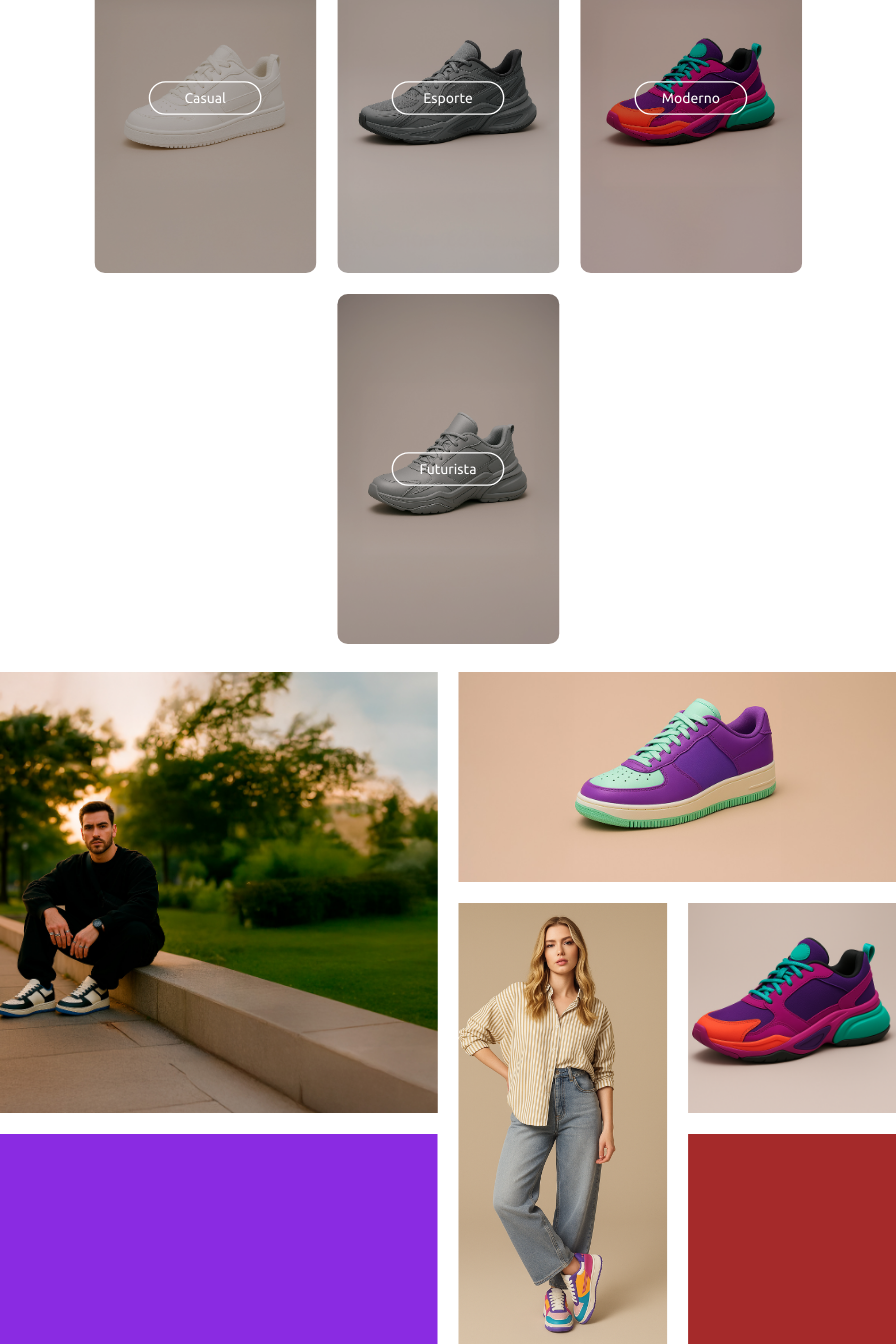
Repository: caique2512/ecommerce-syntaxwear
Page: index.html
An editor plug-in stored every save of this project. The page is shown before and after a run of saves, followed by the edit.
The browser window is 1280 px wide. The pictures show the part of the page from y = 690 to 2610 px (the page is 2610 px tall), at 70% of full size.

Above is the page before, as saved 2026-02-20 18:43:37.

### index.html
<!doctype html>
<html lang="pt-BR">
  <head>
    <meta charset="UTF-8" />
    <meta name="viewport" content="width=device-width, initial-scale=1.0" />
    <meta name="description" content="SyntaxWear - Loja de tênis online" />
    <title>SyntaxWear - Tênis e Sneakers Online</title>
    <meta
      name="description"
      content="Compre os melhores tênis e sneakers online na SyntaxWear. Encontre modelos exclusivos, ofertas imperdíveis e frete grátis para todo o Brasil."
    />

    <link rel="stylesheet" href="./css/base/reset.css" />
    <link rel="stylesheet" href="./css/base/style.css" />
    <link rel="stylesheet" href="./css/base/variables.css" />

    <link rel="stylesheet" href="./css/components/header.css" />
    <link rel="stylesheet" href="./css/components/hero.css" />
    <link rel="stylesheet" href="./css/components/product-category.css" />
    <link rel="stylesheet" href="./css/components/product-grid.css" />
  </head>
  <body>
    <!-- Header com Logo e Navegação -->
    <header class="header">
      <h1 class="logo">
        <a href="/" title="SyntaxWear - Tênis e Sneakers Online">
          <img
            src="./images/logo/logo.svg"
            alt="SyntaxWear - Tênis e Sneakers Online"
          />
        </a>
      </h1>
      <nav class="nav-center" aria-label="Categorias Principais">
        <ul>
          <li><a href="#">Masculino</a></li>
          <li><a href="#">Feminino</a></li>
          <li><a href="#">Outlet</a></li>
        </ul>
      </nav>

      <nav class="nav-right" aria-label="Menu Secundário">
        <ul>
          <li><a href="#">Nossas lojas</a></li>
          <li><a href="#">Sobre</a></li>
          <li>
            <a href="#" aria-label="Minha conta">
              <img src="./images/icons/user.svg" alt="Minha conta" />
            </a>
          </li>
          <li>
            <a href="#" aria-label="Ajuda">
              <img src="./images/icons/help.svg" alt="Ajuda" />
            </a>
          </li>
          <li>
            <a href="#" aria-label="Carrinho">
              <img src="./images/icons/bag.svg" alt="Carrinho" />
            </a>
          </li>
        </ul>
      </nav>
    </header>
    <main>
      <section class="hero">
        <div class="hero-overlay">
          <div class="hero-content">
            <span class="hero-subtitle">Krypton One</span>
            <h2 class="hero-title">Tranforme qualquer passo em preseça.</h2>
            <div class="hero-buttons">
              <a class="btn btn-outiline" href="#">Ver modelos</a>
              <a class="btn btn-filled" href="#">Comprar</a>
            </div>
          </div>
        </div>
      </section>
      <!-- Seção de Categorias de Tênis -->
      <section class="categories-section">
        <div class="category-card casual">
          <a class="category-link" href="#">
            <span class="overlay"></span>
            <span class="category-name btn btn-outiline">Casual</span>
          </a>
        </div>
        <div class="category-card esporte">
          <a class="category-link" href="#">
            <span class="overlay"></span>
            <span class="category-name btn btn-outiline">Esporte</span>
          </a>
        </div>
        <div class="category-card moderno">
          <a class="category-link" href="#">
            <span class="overlay"></span>
            <span class="category-name btn btn-outiline">Moderno</span>
          </a>
        </div>
        <div class="category-card futurista">
          <a class="category-link" href="#">
            <span class="overlay"></span>
            <span class="category-name btn btn-outiline">Futurista</span>
          </a>
        </div>
      </section>
      <!-- Seção de Produtos em Destaque -->
      <section class="grid-section">
        <div class="card top1">
          <div class="top1-content">
            <h3 class="card-subtitle">Krypton One</h3>
            <p class="card-subtitle">Estilos Urbano com atitude</p>
            <div class="cta-group">
              <a href="#" class="btn btn-outiline">Feminino</a>
              <a href="#" class="btn btn-outiline">Masculino</a>
            </div>
          </div>
        </div>
        <div class="card top1"></div>
        <div class="card top2"></div>
        <div class="card midL"></div>
        <div class="card midR"></div>
        <div class="card bottomL"></div>
        <div class="card bottomR"></div>
      </section>
    </main>

    <!-- Footer -->
    <footer class="footer"></footer>

    <script src="js/main.js"></script>
  </body>
</html>

### css/base/reset.css
/* Reset baseado em Andy Bell - Modern CSS Reset */

/* Remove default margins e paddings */
*,
*::before,
*::after {
    margin: 0;
    padding: 0;
    box-sizing: border-box;
}

/* Remove default list styles */
ul[role="list"],
ol[role="list"] {
    list-style: none;
}

/* Body defaults */
body {
    min-height: 100vh;
    text-rendering: optimizeSpeed;
    line-height: 1.5;
}

/* Make images easier to work with */
img,
picture {
    max-width: 100%;
    display: block;
}

/* Inherit fonts for inputs and buttons */
input,
button,
textarea,
select {
    font: inherit;
}

/* Remove animations for people that prefer not to see them */
@media (prefers-reduced-motion: reduce) {
    *,
    *::before,
    *::after {
        animation-duration: 0.01ms !important;
        animation-iteration-count: 1 !important;
        transition-duration: 0.01ms !important;
        scroll-behavior: auto !important;
    }
}

/* A elements that don't have a class get default styles */
a:not([class]) {
    text-decoration-skip-ink: auto;
}

a {
    text-decoration: none;
}

ul,ol{
    list-style: none;
}
/* Remove all animations, transitions and smooth scroll for people that prefer not to see them */
@media (prefers-reduced-motion: reduce) {
    html:focus-within {
        scroll-behavior: auto;
    }

    *,
    *::before,
    *::after {
        animation-duration: 0.01ms !important;
        animation-iteration-count: 1 !important;
        transition-duration: 0.01ms !important;
    }
}

### css/base/style.css
body {
    font-family: var(--fonte-principal);
    color: #333333;
}

main {
    padding: 2.5rem 0 0;
    max-width: 1360px;
    margin: 0 auto;
}

.btn {
    font-size: 1.25rem;
    width: 161px;
    height: 48px;
    border-radius: 25px;
    text-decoration: none;
    color: white;
    font-weight: 400;
    padding: 10px 20px;
    transition: background-color 0.3s, border 0.3s;
}

.btn-outiline {
    background: transparent;
    border: 2px solid white;
    line-height: 23px;
}

.btn-filled {
    background-color: white;
    color: #6329A2;
}

.btn:hover {
    background-color: #6329A2;
    color: white;
    border: #6329A2;
}

### css/base/variables.css
@import url('https://fonts.googleapis.com/css2?family=Ubuntu:ital,wght@0,300;0,400;0,500;0,700;1,300;1,400;1,500;1,700&display=swap');

:root {
    --fonte-principal: 'Ubuntu', sans-serif;
}

### css/components/header.css
.header {
    position: fixed;
    top: 60px;
    left: 50%;
    transform: translate(-50%);
    width: calc(100% - 210px);
    border-radius: 15px;
    z-index: 999;
    display: flex;
    justify-content: space-between;
    align-items: center;
    padding: 0.255rem 1.25rem;
    background-color: white;
}

.logo img {
    height: 48px;
}

.nav-center ul {
    display: flex;
    gap: 2.5rem;
}

.nav-center a, .nav-right a {
    font-size: 1.25rem;
    color: #333333;
}

.nav-center a:hover, .nav-right a:hover {
    color: #7c3aed;
}

.nav-right ul {
    display: flex;
    gap: 2.5rem;
    align-items: center;
}

.nav-right img {
    height: 20px;
}

.nav-right a:hover img {
    opacity: 0.7;
}

### css/components/hero.css
.hero {
    background: url(../../images/banners/hero.jpg) no-repeat center;
    background-size: cover;
    height: 500px;
    position: relative;
    border-radius: 20px;
}

.hero-overlay {
    width: 100%;
    height: 100%;
    display: flex;
    align-items: center;
    justify-content: flex-end;
    padding: 0 6rem;
}

.hero-content {
    color: white;
    max-width: 355px;
    text-align: center;
}

.hero-buttons {
    display: flex;
    gap: 16px;
}

.hero-content .hero-title {
    font-size: 1.87rem;
    margin-bottom: 40px;
    font-weight: 400;
    line-height: 36px;
    letter-spacing: 3px;
}

.hero-content .hero-subtitle {
    font-size: 1.25rem;
    font-weight: 400;
}

### css/components/product-category.css
.categories-section {
    padding: 40px 0px 40px 0px;
    display: flex;
    flex-wrap: wrap;
    justify-content: center;
    gap: 30px;
}

.category-card {
    position: relative;
    width: 317px;
    height: 500px;
    border-radius: 15px;
    overflow: hidden;
}

.overlay {
    position: absolute;
    inset: 0;
    background-color: rgba(0, 0, 0, 0.25);
    z-index: 1;
}

.category-name {
    position: absolute;
    left: 50%;
    top: 50%;
    transform: translate(-50%, -50%);
    z-index: 2;
    font-size: 1.25rem;
    text-align: center;
}

.casual {
    background: url(../../images/products/tênis\ casual.jpg) no-repeat center;
    background-size: cover;
}

.esporte {
    background: url(../../images/products/twnia\ exportivo.jpg) no-repeat center;
    background-size: cover;
}

.moderno {
    background: url(../../images/products/tênis\ colorido.jpg) no-repeat center;
    background-size: cover;
}

.futurista {
    background: url(../../images/products/tênis\ futurista.jpg) no-repeat center;
    background-size: cover;
}

### css/components/product-grid.css
.top1 {
    grid-area: top1;
    background: url(../../images/products/modelo-homem.jpg) no-repeat center;
    background-size: cover;
}

.top2 {
    grid-area: top2;
    background: url(../../images/products/tênis-roxo-grid.jpg) no-repeat center;
    background-size: cover;
}

.midL {
    grid-area: midL;
    background: url(../../images/products/modelo\ feminino.jpg) no-repeat center;
    background-size: cover;
}

.midR {
    grid-area: midR;
    background: url(../../images/products/futurista-grid.jpg) no-repeat center;
    background-size: cover;
}

.bottomL {
    grid-area: bottomL;
    background-color: blueviolet;
}

.bottomR {
    grid-area: bottomR;
    background-color: brown;
}

.grid-section {
    display: grid;
    grid-template-columns: repeat(4, 1fr);
    grid-template-rows: repeat(3, 300px);
    grid-template-areas:
    "top1 top1 top2 top2"
    "top1 top1 midL midR"
    "bottomL bottomL midL bottomR";
    gap: 30px;
}

### js/main.js
/* ===================================
   MAIN.JS - Inicializações globais
   =================================== */

console.log('SyntaxWear - E-commerce carregado com sucesso');

// Suas inicializações globais aqui
// Exemplo: inicializar menu, carrinho, etc.

After the next 2 saves:
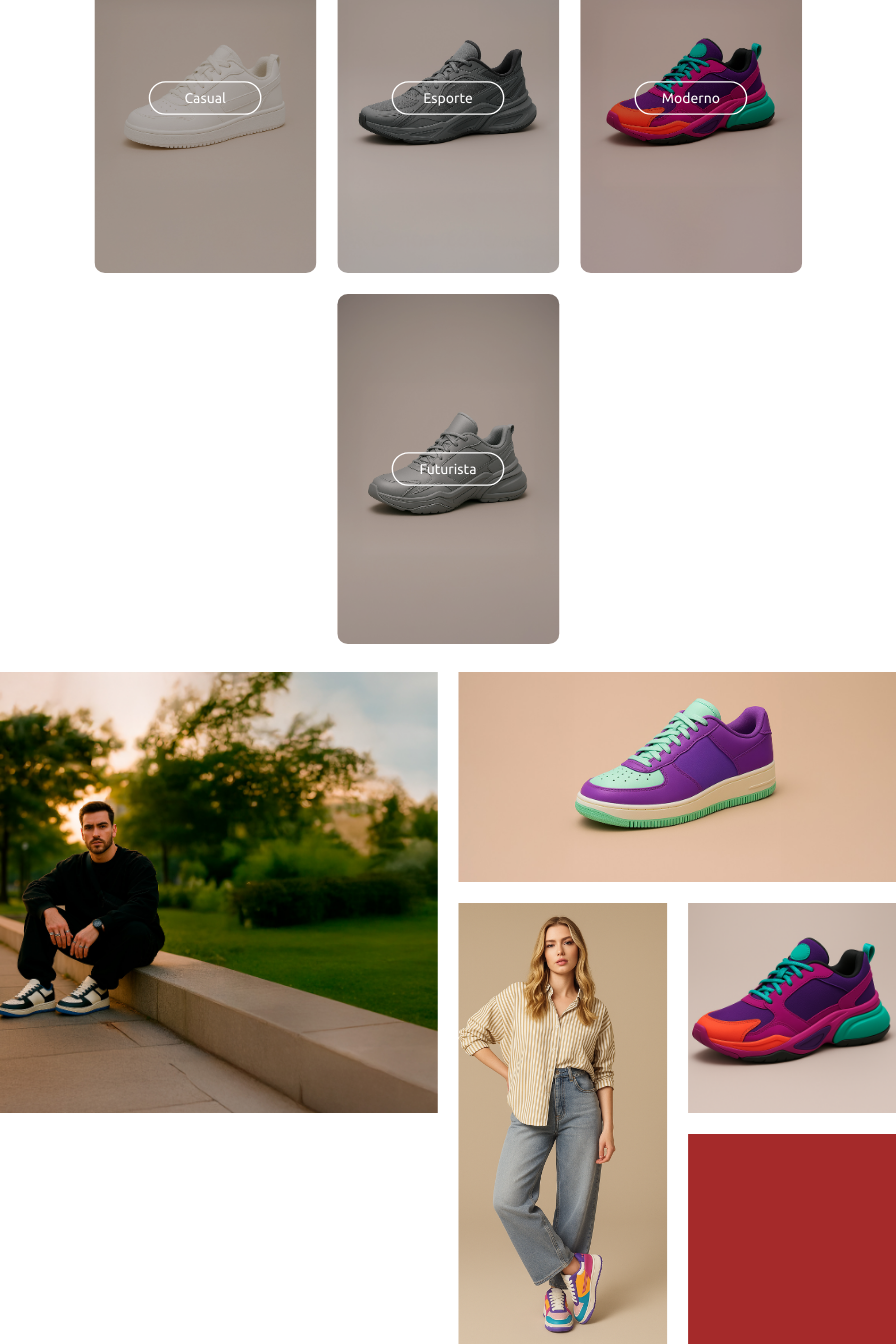
The 2 saves are shown as one change because they came seconds apart.
The last was saved 47 s later.
--- a/css/components/product-grid.css
+++ b/css/components/product-grid.css
@@ -24,7 +24,7 @@
 
 .bottomL {
     grid-area: bottomL;
-    background-color: blueviolet;
+    ba
 }
 
 .bottomR {
